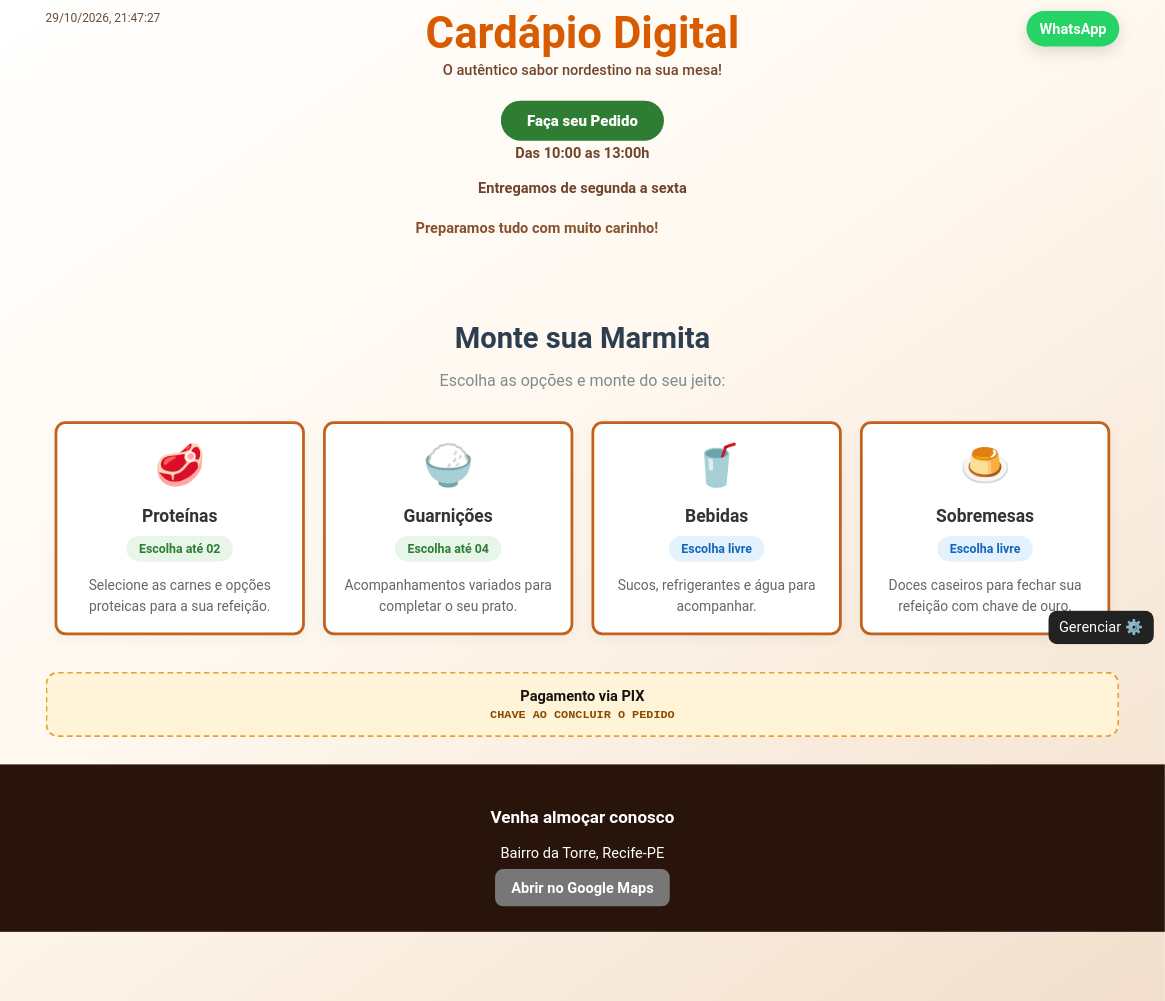
Repository: JeffRodFer/sd-copy-01-frontend
Page: index.html
An editor plug-in stored every save of this project. The page is shown before and after the next save, followed by the edit.
The browser window is 1280 px wide. The pictures show the whole page, at 91% of full size.
The page's requests for data from a server got no answer.

Above is the page before, as saved 2026-10-30 22:51:48.

### index.html
<!DOCTYPE html>
<html lang="pt-BR">

<head>
  <meta charset="UTF-8">
  <meta name="viewport" content="width=device-width, initial-scale=1.0">
  <title>Cardápio Digital</title>
  <link rel="stylesheet" href="style.css">
</head>

<body>


  <header class="container">

    <div class="topbar">

      <div id="datetime" class="datetime"></div>


      <div class="brand">

        <h1>
          Cardápio Digital
        </h1>

        <p>
          O autêntico sabor nordestino na sua mesa!
        </p>

      </div>


      <a id="wa-float-link" class="wa-float" href="https://wa.me/5581920036280" target="_blank" rel="noopener">
        WhatsApp
      </a>

    </div>


    <button class="cta" id="openOrder">
      Faça seu Pedido
    </button>


    <div class="notice">
      Das 10:00 as 13:00h <br><br>
      Entregamos de segunda a sexta
    </div>

  </header>


  <main class="container" id="menu"></main>


  <div class="container note">
    Preparamos tudo com muito carinho!
  </div>

  <section class="menu-categories-section">
  <h2>Monte sua Marmita</h2>
  <p class="subtitle">Escolha as opções e monte do seu jeito:</p>

  <div class="categories-grid">
    <!-- Card Proteínas -->
    <div class="category-card">
      <div class="category-icon">🥩</div>
      <h3>Proteínas</h3>
      <span class="badge-limit">Escolha até 02</span>
      <p>Selecione as carnes e opções proteicas para a sua refeição.</p>
    </div>

    <!-- Card Guarnições -->
    <div class="category-card">
      <div class="category-icon">🍚</div>
      <h3>Guarnições</h3>
      <span class="badge-limit">Escolha até 04</span>
      <p>Acompanhamentos variados para completar o seu prato.</p>
    </div>

    <!-- Card Bebidas -->
    <div class="category-card">
      <div class="category-icon">🥤</div>
      <h3>Bebidas</h3>
      <span class="badge-limit livre">Escolha livre</span>
      <p>Sucos, refrigerantes e água para acompanhar.</p>
    </div>

    <!-- Card Sobremesas -->
    <div class="category-card">
      <div class="category-icon">🍮</div>
      <h3>Sobremesas</h3>
      <span class="badge-limit livre">Escolha livre</span>
      <p>Doces caseiros para fechar sua refeição com chave de ouro.</p>
    </div>
  </div>
</section>


  <div class="container pix">

    <strong>
      Pagamento via PIX
    </strong>

    <br>


    <code>
    CHAVE AO CONCLUIR O PEDIDO
  </code>

  </div>


  <footer class="footer">

    <div class="container">

      <h3>
        Venha almoçar conosco
      </h3>

      <div>
        Bairro da Torre, Recife-PE
      </div>


      <a class="maps" href="https://maps.google.com/?q=Rua+Vermelha+02+Torre" target="_blank" rel="noopener">
        Abrir no Google Maps
      </a>


    </div>

  </footer>


  <button class="manage" id="openAdmin">
    Gerenciar ⚙️
  </button>
  <br>
  <br>
  <br>
  <br>

  <!-- =====================================================
     MODAL DO PEDIDO
     ===================================================== -->

  <div class="overlay hidden" id="orderOverlay">

    <div class="modal">


      <!-- PASSO 1 -->

      <div id="orderStep1" class="step active">

        <h2>
          Faça seu Pedido
        </h2>


        <div id="orderError1" class="error hidden"></div>


        <div class="form-grid">


          <div class="field">

            <label>
              Nome Completo
            </label>

            <input id="customerName" autocomplete="name">

          </div>


          <div class="field">

            <label>
              Telefone
            </label>

            <input id="customerPhone" inputmode="tel" autocomplete="tel" maxlength="15" placeholder="(81) 99999-8888">

          </div>


          <div class="field full">

            <label>
              Endereço de Entrega
            </label>

            <input id="customerAddress" autocomplete="street-address">

          </div>


          <div class="field">

            <label>
              Quantidade de Marmitas
            </label>

            <input id="mealCount" type="number" min="1" max="20" value="1">

          </div>


        </div>


        <div class="delivery">

          <label>

            <input type="radio" name="delivery" value="true" checked>

            Entrega em casa - R$ 5,00

          </label>


          <label>

            <input type="radio" name="delivery" value="false">

            Retirar no Restaurante - R$ 0,00

          </label>

        </div>


        <div class="actions">

          <button class="btn gray" id="closeOrder1">
            Cancelar
          </button>


          <button class="btn green" id="toStep2">
            Continuar
          </button>

        </div>

      </div>


      <!-- PASSO 2 -->

      <div id="orderStep2" class="step">

        <h2>
          Monte suas Marmitas
        </h2>


        <div id="orderError2" class="error hidden"></div>


        <div id="marmitas"></div>


        <div class="actions">

          <button type="button" class="btn gray" id="backStep1">
            Voltar
          </button>


          <button type="button" class="btn green" id="toStep3" onclick="clicarEncerrarPedido(event)">
            Encerrar e seguir
          </button>

        </div>

      </div>


      <!-- PASSO 3 -->
      <div id="orderStep3" class="step">

        <h2>Resumo do Pedido</h2>

        <div id="orderSummary" class="order-text"></div>

        <div id="finalTotal" class="total"></div>

        <div class="actions">
          <button class="btn red" id="cancelFinal">
            Voltar
          </button>

          <button class="btn green" id="sendRestaurant">
            Enviar Pedido ao Restaurante
          </button>
        </div>

      </div>

    </div>

  </div>


  <!-- =====================================================
     MODAL ADMINISTRATIVO
     ===================================================== -->

  <div class="overlay hidden" id="adminOverlay">

    <div class="admin-modal">

      <h2>
        Gerenciar Cardápio
      </h2>


      <div id="adminError" class="error hidden"></div>


      <!-- LOGIN -->

      <div id="adminLogin">

        <div class="field">

          <label>
            Usuário
          </label>

          <input id="adminUser" autocomplete="username" value="admin">

        </div>


        <div class="field" style="margin-top:10px">

          <label>
            Senha
          </label>

          <input id="adminPassword" type="password" autocomplete="current-password">

        </div>


        <div class="actions">

          <button class="btn gray" id="closeAdminLogin">
            Fechar
          </button>


          <button class="btn green" id="adminLoginBtn">
            Entrar
          </button>

        </div>

      </div>


      <!-- PAINEL -->

      <div id="adminPanel" class="hidden">

        <div id="adminItems" class="admin-grid"></div>


        <div class="actions">

          <button class="btn gray" id="adminClose">
            Fechar
          </button>


          <button class="btn green" id="adminSave">
            Salvar alterações
          </button>

        </div>

      </div>

    </div>

  </div>


  <script src="script.js"></script>
</body>

</html>

### style.css
:root {
      --orange: #f57c00;
      --brown: #6d3414;
      --green: #2e7d32;
      --red: #d32f2f;
      --blue: #1976d2;
      --purple: #7b1fa2;
      --cream: #fffaf5;
      --line: #eadfd6;
      --muted: #666;
    }

    * {
      box-sizing: border-box;
    }

    html {
      scroll-behavior: smooth;
    }

    body {
      margin: 0;
      background:
        linear-gradient(145deg,
          #fff 0%,
          #fff8ef 45%,
          #f2dfcc 100%);
      color: #17120e;
      font-family: Roboto, Arial, sans-serif;
      min-height: 100vh;
    }

    button,
    input,
    textarea {
      font: inherit;
    }

    button {
      cursor: pointer;
      border: 0;
    }

    .container {
      width: min(1180px, 94%);
      margin: auto;
    }


    /* HEADER */

    .topbar {
      display: grid;
      grid-template-columns: 1fr auto 1fr;
      align-items: start;
      padding: 12px 0;
      gap: 10px;
    }

    .datetime {
      font-size: .82rem;
      color: #674e3d;
    }

    .brand {
      text-align: center;
    }

    .brand h1 {
      margin: 0;
      color: #d85b00;
      font-size: clamp(1.8rem, 5vw, 3rem);
      line-height: 1.05;
    }

    .brand p {
      margin: 5px 0;
      color: #75452a;
      font-weight: 500;
    }

    .wa-float {
      justify-self: end;
      background: #25d366;
      color: #fff;
      padding: 10px 14px;
      border-radius: 999px;
      text-decoration: none;
      font-weight: 700;
      box-shadow: 0 6px 18px #0002;
    }

    .cta {
      display: block;
      margin: 8px auto 5px;
      background: var(--green);
      color: #fff;
      border-radius: 999px;
      padding: 12px 28px;
      font-weight: 800;
      font-size: 1rem;
      animation: pulse 2s infinite;
    }

    .notice {
      text-align: center;
      color: #70442b;
      font-weight: 700;
      margin-bottom: 18px;
    }

    @keyframes pulse {

      0%,
      100% {
        transform: scale(1);
      }

      50% {
        transform: scale(1.03);
      }
    }


    /* CARDÁPIO */

    .section {
      margin: 20px 0;
    }

    .section h2 {
      margin: 0 0 12px;
      color: var(--brown);
    }

    .grid {
      display: grid;
      grid-template-columns:
        repeat(auto-fit,
          minmax(180px, 1fr));
      gap: 10px;
    }

    .card {
      background: #fff;
      border: 1px solid var(--line);
      border-radius: 14px;
      padding: 14px;
      box-shadow:
        0 3px 12px #5a2a0d12;
    }

    .card strong {
      display: block;
    }

    .unavailable {
      opacity: .52;
    }

    .badge {
      display: inline-block;
      margin-top: 7px;
      font-size: .78rem;
      background: #eee;
      padding: 4px 8px;
      border-radius: 999px;
    }

    .accent-guarnicoes {
      border-top: 5px solid #8b5a2b;
    }

    .accent-proteinas {
      border-top: 5px solid #d32f2f;
    }

    .accent-bebidas {
      border-top: 5px solid #1976d2;
    }

    .accent-sobremesas {
      border-top: 5px solid #7b1fa2;
    }

    .note {
      text-align: center;
      font-weight: 700;
      color: #87522d;
      margin: 25px 0;
    }

    .pix {
      background: #fff3d8;
      border: 2px dashed #e0a33b;
      border-radius: 14px;
      padding: 15px;
      text-align: center;
    }

    .pix code {
      font-weight: 800;
      color: #8b4a00;
      word-break: break-all;
    }


    /* FOOTER */

    .footer {
      margin-top: 30px;
      background: #29140b;
      color: #fff;
      padding: 28px 0;
      text-align: center;
    }

    .maps {
      display: inline-block;
      background: #777;
      color: #fff;
      padding: 11px 18px;
      border-radius: 9px;
      text-decoration: none;
      font-weight: 700;
      margin-top: 8px;
    }

    .manage {
      position: fixed;
      right: 12px;
      bottom: 12px;
      background: #222;
      color: #fff;
      padding: 9px 12px;
      border-radius: 10px;
      z-index: 20;
    }


    /* MODAIS */

    .overlay {
      position: fixed;
      inset: 0;
      background: #0009;
      display: flex;
      align-items: center;
      justify-content: center;
      padding: 12px;
      z-index: 100;
    }

    .hidden {
      display: none !important;
    }

    .modal {
      background: #fff;
      width: min(1050px, 100%);
      max-height: 94vh;
      overflow: auto;
      border-radius: 18px;
      box-shadow: 0 20px 70px #0007;
      padding: 22px;
    }

    .modal h2 {
      color: var(--brown);
      margin: 0 0 18px;
    }

    .step {
      display: none;
    }

    /* =====================================================
ESTILOS DA SEÇÃO DE CATEGORIAS (PÁGINA PRINCIPAL)
===================================================== */
.menu-categories-section {
  padding: 40px 20px;
  text-align: center;
  max-width: 1200px;
  margin: 0 auto;
}

.menu-categories-section h2 {
  font-size: 2rem;
  color: #2c3e50;
  margin-bottom: 8px;
  font-weight: 700;
}

.menu-categories-section .subtitle {
  color: #7f8c8d;
  margin-bottom: 35px;
  font-size: 1.1rem;
}

.categories-grid {
  display: grid;
  grid-template-columns: repeat(auto-fit, minmax(250px, 1fr));
  gap: 20px;
  justify-content: center;
}

.category-card {
  background: #ffffff;
  border-radius: 12px;
  padding: 18px 15px;
  box-shadow: 0 4px 15px rgba(0, 0, 0, 0.05);
  transition: transform 0.3s ease, box-shadow 0.3s ease;
  border: 3px solid #c1611d;
  text-align: center;
}

.category-card:hover {
  transform: translateY(-5px);
  box-shadow: 0 8px 25px rgba(233, 83, 46, 0.1);
  border-color: 2px #d85b00;
}

.category-icon {
  font-size: 2.8rem;
  margin-bottom: 15px;
}

.category-card h3 {
  font-size: 1.2rem;
  color: #333333;
  margin-bottom: 10px;
}

.badge-limit {
  display: inline-block;
  background-color: #e8f5e9;
  color: #2e7d32;
  font-weight: 600;
  font-size: 0.85rem;
  padding: 6px 14px;
  border-radius: 20px;
  margin-bottom: 15px;
}

.badge-limit.livre {
  background-color: #e3f2fd;
  color: #1565c0;
}

.category-card p {
  color: #666666;
  font-size: 0.95rem;
  line-height: 1.5;
  margin: 0;
  border-radius: 2px #8b4a00;
}

    .step.active {
      display: block;
    }


    /* FORMULÁRIO */

    .form-grid {
      display: grid;
      grid-template-columns: 1fr;
      gap: 12px;
    }

    .field label {
      display: block;
      font-weight: 700;
      margin-bottom: 5px;
    }

    .field input,
    .field textarea,
    .field select {
      width: 100%;
      padding: 11px;
      border: 1px solid #cfcfcf;
      border-radius: 10px;
      background: #fff;
    }

    .field textarea {
      min-height: 75px;
      resize: vertical;
    }

    .delivery {
      display: grid;
      gap: 9px;
      margin: 12px 0;
    }

    .delivery label {
      border: 1px solid #ddd;
      border-radius: 10px;
      padding: 12px;
    }


    /* MARMITAS */

    .marmita {
      border: 1px solid #ddd;
      border-radius: 15px;
      padding: 14px;
      margin: 14px 0;
      background: #fff;
    }

    .marmita h3 {
      margin: 0 0 12px;
      color: #7b401f;
    }

    .choice-group {
      margin: 13px 0;
    }

    .choice-group h4 {
      margin: 0 0 8px;
    }

    .choices {
      display: grid;
      grid-template-columns:
        repeat(auto-fit,
          minmax(190px, 1fr));
      gap: 8px;
    }

    .check {
      border: 1px solid #ddd;
      border-radius: 10px;
      padding: 9px;
      background: #fafafa;
    }

    .check input {
      margin-right: 6px;
    }

    .limit {
      font-size: .8rem;
      color: var(--muted);
      margin: 5px 0;
    }


    /*
  IMPORTANTE:
  A linha de quantidade agora é uma GRID
  com nome + preço + menos + quantidade + mais.
  Assim o + nunca cai para a linha de baixo.
*/

    .qty-list {
      display: grid;
      gap: 7px;
    }

    .qty-row {
      display: grid;

      grid-template-columns:
        minmax(0, 1fr) auto auto auto auto;

      align-items: center;

      gap: 8px;

      border: 1px solid #eee;
      border-radius: 11px;
      padding: 8px;

      background: #faf8f6;
    }

    .qty-name {
      min-width: 0;
      font-weight: 700;
      overflow-wrap: anywhere;
    }

    .qty-price {
      font-size: .9rem;
      color: #555;
      white-space: nowrap;
    }

    .qty-btn {
      width: 36px;
      height: 36px;
      border-radius: 9px;
      background: #eee;
      font-weight: 900;
      font-size: 1.1rem;
    }

    .qty-value {
      min-width: 22px;
      text-align: center;
      font-weight: 800;
    }


    /* BOTÕES */

    .actions {
      display: flex;
      gap: 10px;
      justify-content: flex-end;
      flex-wrap: wrap;
      margin-top: 18px;
    }

    .btn {
      padding: 12px 18px;
      border-radius: 10px;
      font-weight: 800;
    }

    .btn.green {
      background: #2e7d32;
      color: #fff;
    }

    .btn.red {
      background: #e57373;
      color: #fff;
    }

    .btn.gray {
      background: #eee;
    }

    .total {
      font-size: 1.2rem;
      text-align: right;
      color: #18752b;
      font-weight: 900;
      margin-top: 14px;
    }

    .error {
      background: #ffe5e5;
      color: #9b1c1c;
      padding: 10px;
      border-radius: 9px;
      margin: 10px 0;
    }

    .order-text {
      background: #f5f5f5;
      padding: 14px;
      border-radius: 12px;
      white-space: pre-wrap;
      font-family: monospace;
      line-height: 1.45;
    }


    /* ADMIN */

    .admin-modal {
      background: #f5f5f5;
      width: min(1100px, 100%);
      max-height: 92vh;
      overflow: auto;
      border-radius: 18px;
      padding: 20px;
    }

    .admin-grid {
      display: grid;
      grid-template-columns: 1fr;
      gap: 16px;
    }

    .admin-section {
      background: #fff;
      padding: 14px;
      border-radius: 14px;
    }

    .admin-item {
      display: flex;
      align-items: center;
      justify-content: space-between;
      gap: 10px;
      padding: 9px 0;
      border-bottom: 1px solid #eee;
    }

    .admin-item:last-child {
      border-bottom: 0;
    }

    .switch {
      position: relative;
      width: 50px;
      height: 28px;
      flex: 0 0 auto;
    }

    .switch input {
      display: none;
    }

    .slider {
      position: absolute;
      inset: 0;
      background: #bbb;
      border-radius: 30px;
    }

    .slider:before {
      content: "";
      position: absolute;
      width: 22px;
      height: 22px;
      left: 3px;
      top: 3px;
      background: #fff;
      border-radius: 50%;
      transition: .2s;
    }

    .switch input:checked+.slider {
      background: #2e7d32;
    }

    .switch input:checked+.slider:before {
      transform: translateX(22px);
    }


    /* RESPONSIVO */

    @media(min-width:700px) {

      .form-grid {
        grid-template-columns:
          1fr 1fr;
      }

      .form-grid .full {
        grid-column: 1/-1;
      }

      .admin-grid {
        grid-template-columns:
          1fr 1fr;
      }

    }


    @media(max-width:600px) {

      .topbar {
        grid-template-columns:
          1fr auto;
      }

      .brand {
        grid-column: 1/-1;
        grid-row: 1;
      }

      .datetime {
        grid-column: 1;
      }

      .wa-float {
        grid-column: 2;
      }

      /*
    Mantém TODOS os controles da bebida
    na mesma linha.
  */

      .qty-row {
        grid-template-columns:
          minmax(0, 1fr) auto auto auto auto;
      }

      .qty-price {
        font-size: .8rem;
      }

      .modal {
        padding: 15px;
      }

      .actions .btn {
        flex: 1 1 100%;
      }

    }

Loaded but not shown: script.js (1589 lines, source omitted)

After the next save:
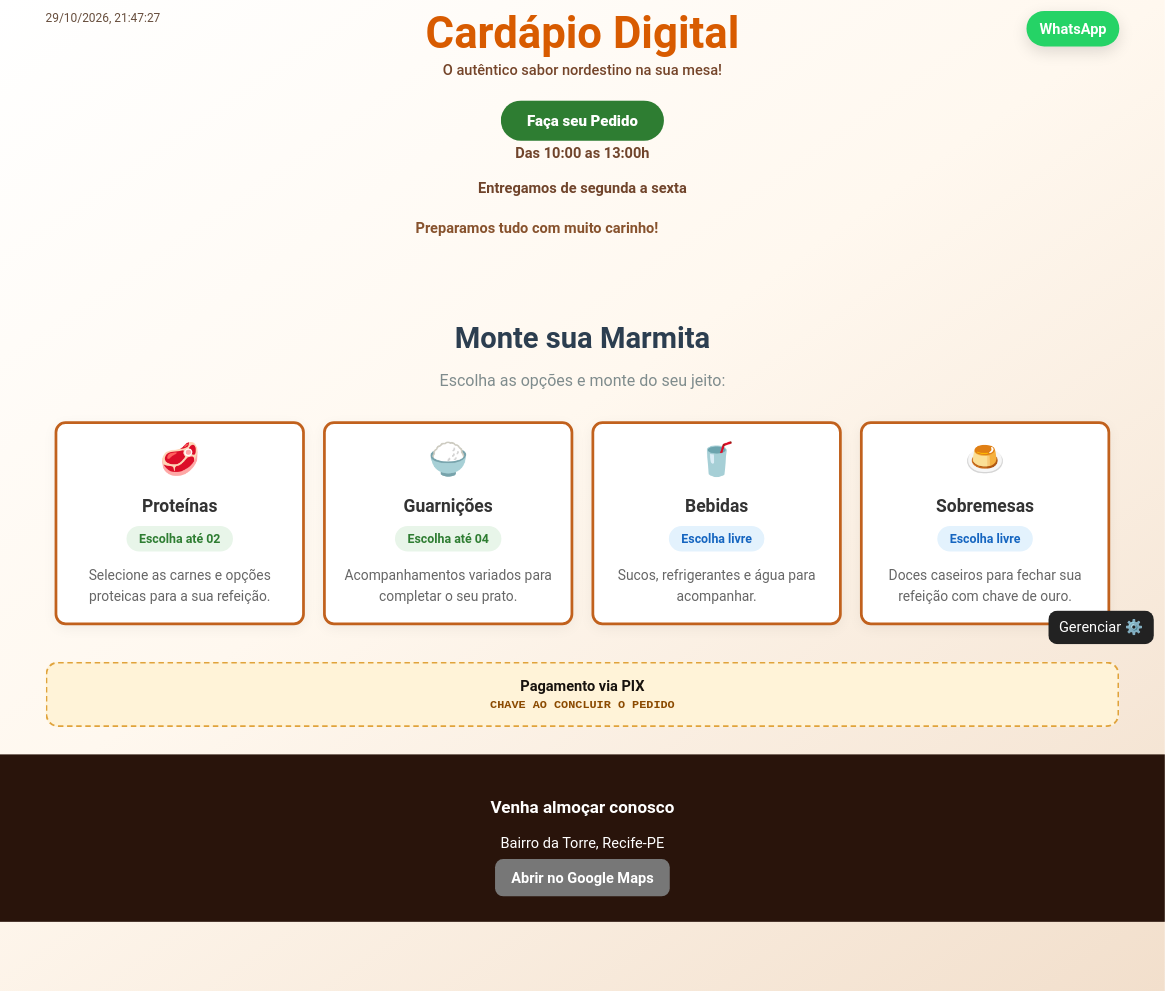
Saved 10 s later.
--- a/style.css
+++ b/style.css
@@ -321,7 +321,7 @@ ESTILOS DA SEÇÃO DE CATEGORIAS (PÁGINA PRINCIPAL)
 }
 
 .category-icon {
-  font-size: 2.8rem;
+  font-size: 2.2rem;
   margin-bottom: 15px;
 }
 
